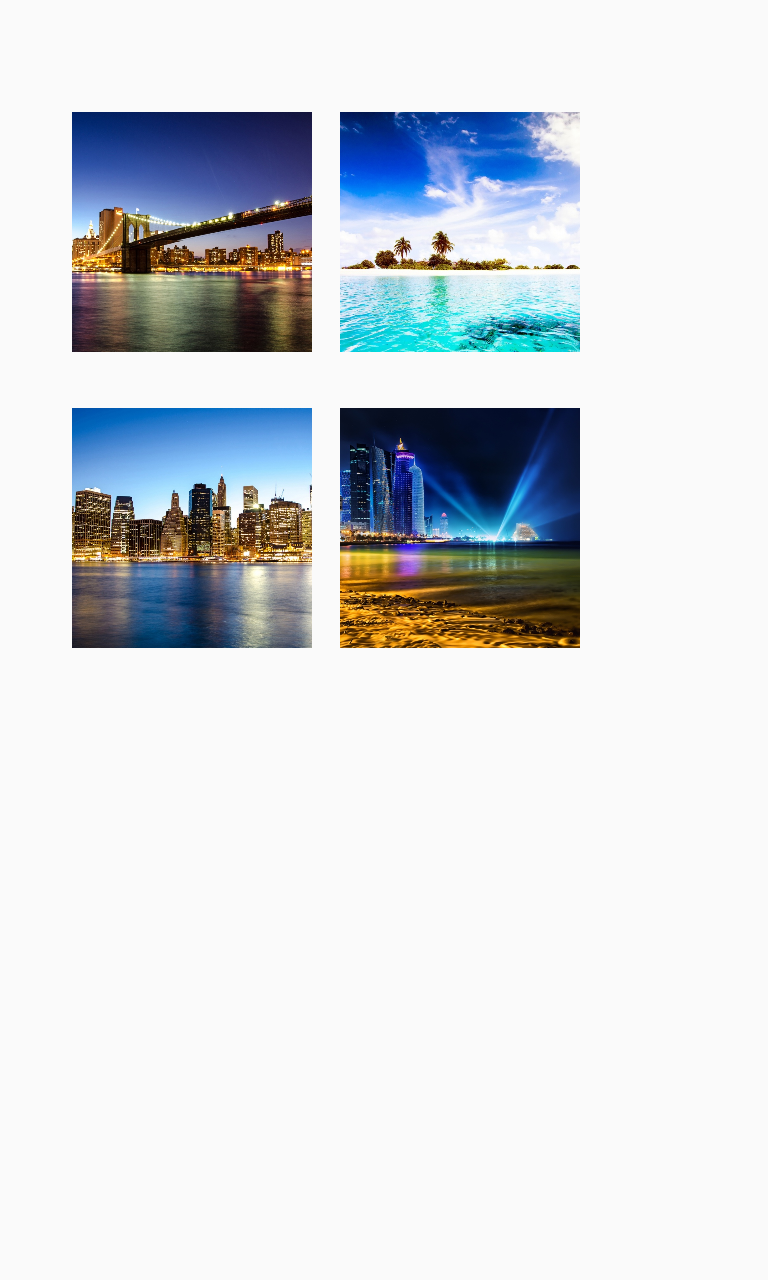
Repository: MarcSelles/nPuzzle10447768
Layout: NPuzzle10447768/res/layout/activity_main.xml
An editor plug-in stored every save of this project. The layout is shown before and after the next save, followed by the edit.
It is drawn on a 768 x 1280 px phone screen (xhdpi) without system bars, with theme AppTheme; the app's code is not run.

Above is the layout before, as saved 2014-11-22 17:59:23.

After the next save:
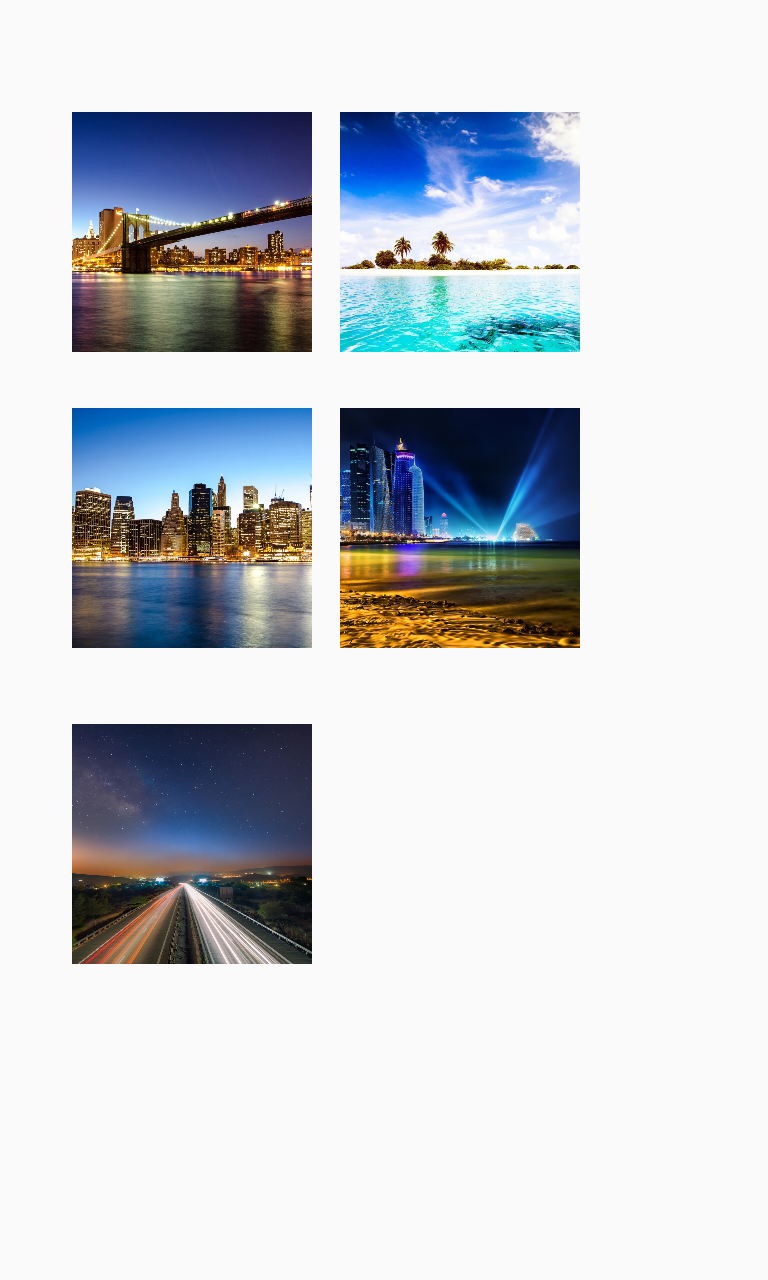
Saved 47 s later.
--- a/NPuzzle10447768/res/layout/activity_main.xml
+++ b/NPuzzle10447768/res/layout/activity_main.xml
@@ -48,4 +48,14 @@
         android:scaleType="fitXY"
         android:src="@drawable/qatar_skyline" />
 
+    <ImageView
+        android:id="@+id/imageView5"
+        android:layout_width="120dp"
+        android:layout_height="120dp"
+        android:layout_alignLeft="@+id/imageView3"
+        android:layout_below="@+id/imageView3"
+        android:layout_marginTop="38dp"
+        android:scaleType="fitXY"
+        android:src="@drawable/rush_hour" />
+
 </RelativeLayout>
